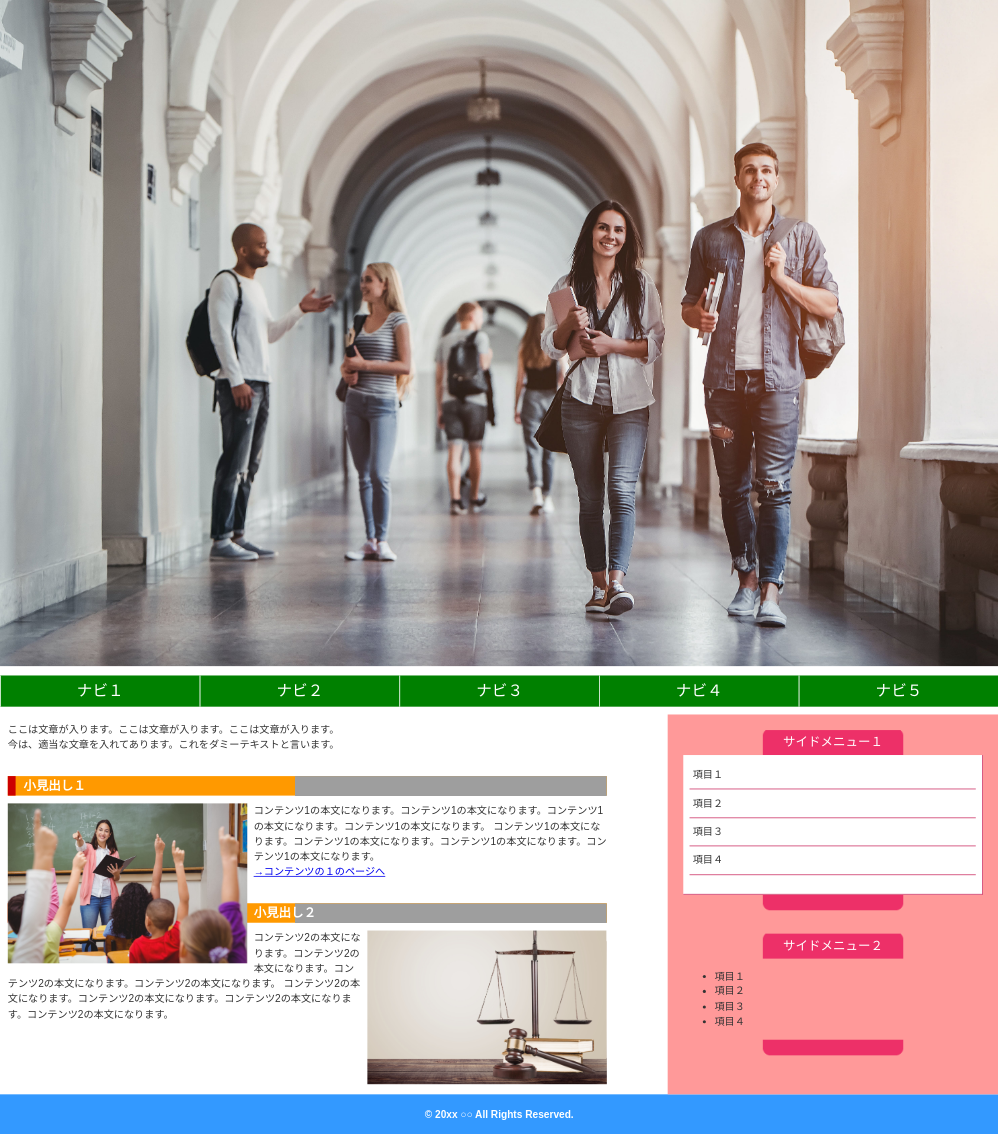
Repository: k-s-k119/samurai_HTML-CSS
Page: home.html
The author's editor kept a record of every edit. The page is drawn from the files as they stood at one moment, then again after the next edit.
The browser window is 1280 px wide. The pictures show the whole page, at 78% of full size.
Pictures or frames that could not be fetched are drawn as grey boxes.

Above is the page before.

After the next edit:
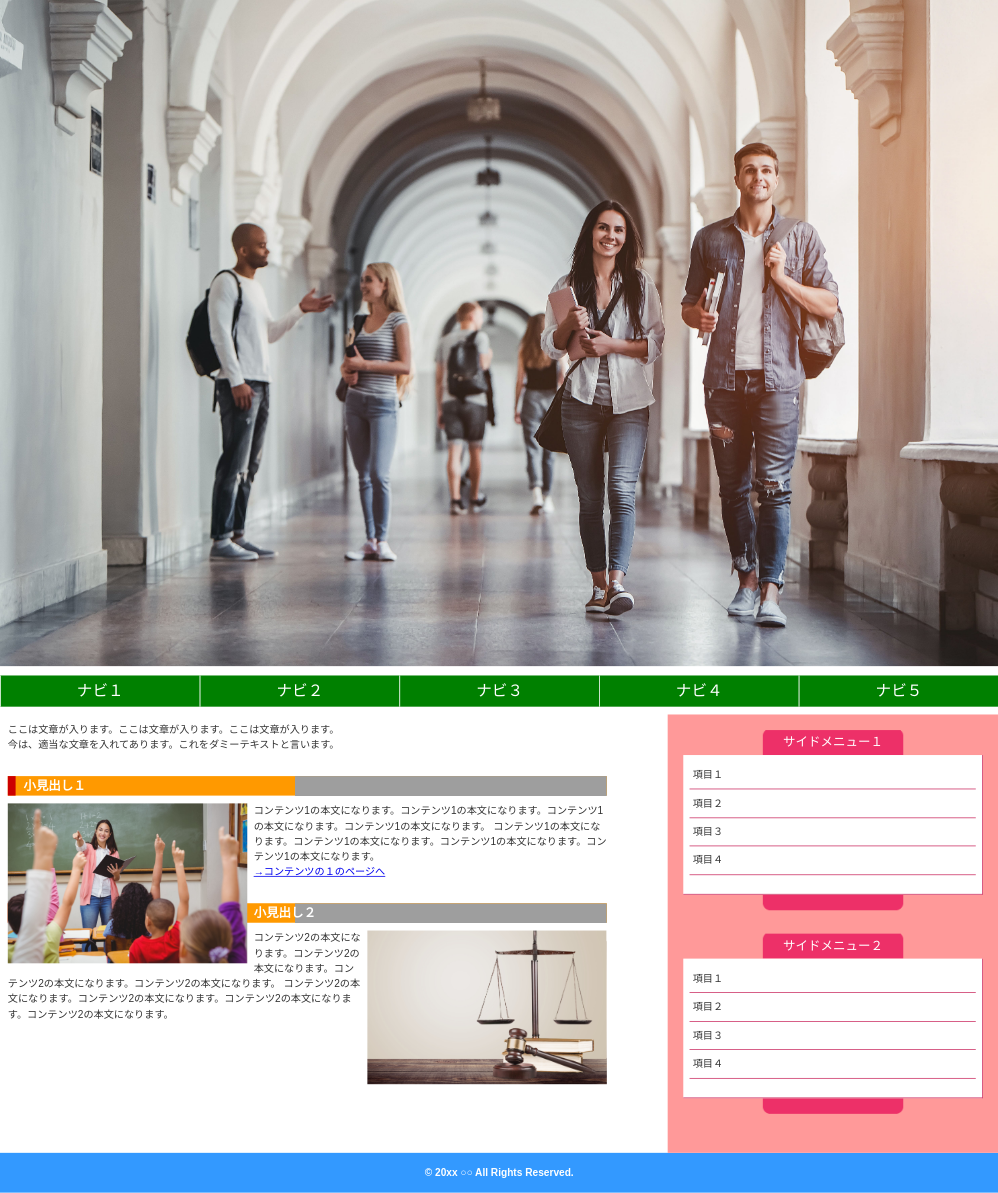
The edit:
--- a/home.html
+++ b/home.html
@@ -58,7 +58,7 @@
         </div>
         <div class="box">
           <h2>サイドメニュー２</h2>
-          <div class="boxBoxy">
+          <div class="boxBody">
             <ul>
               <li>項目１</li>
               <li>項目２</li>
